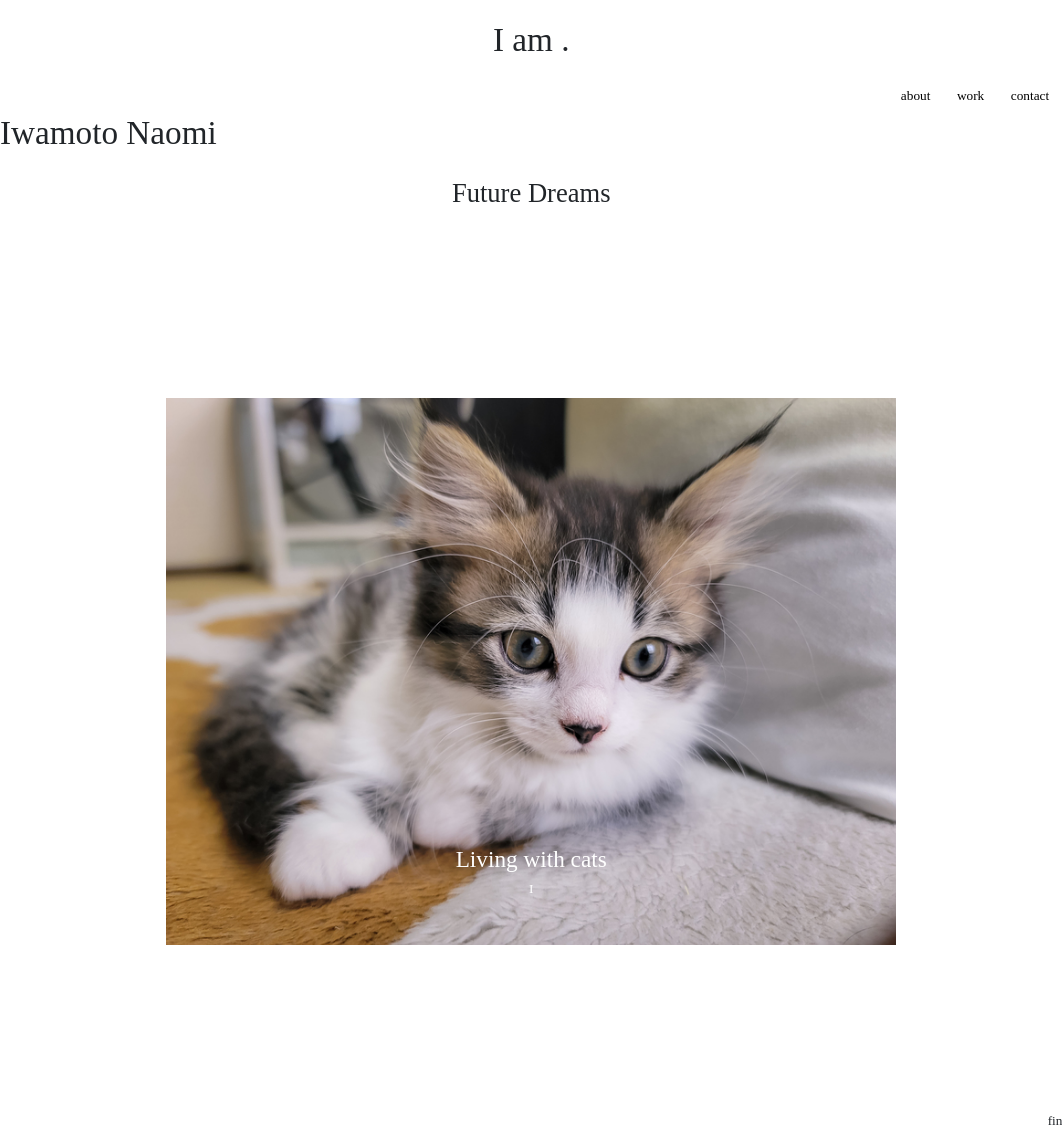
Repository: 7oooomi/portfolio-vercel-
Page: / (app in sample-app/)
These files come from the project's save history. The page is drawn as it stood at one moment and after the next save; the edit follows.
The browser window is 1280 px wide. The pictures show the whole page, at 83% of full size.
The project was rebuilt for these pictures with package versions that can differ from the ones it lists, and the page was loaded fresh each time. The framework's server and built-in components were replaced by stand-ins that run in the browser. Also part of the build but not shown: sample-app/next.config.js.

Above is the page before, as saved 2022-08-07 21:28:34.

After the next save:
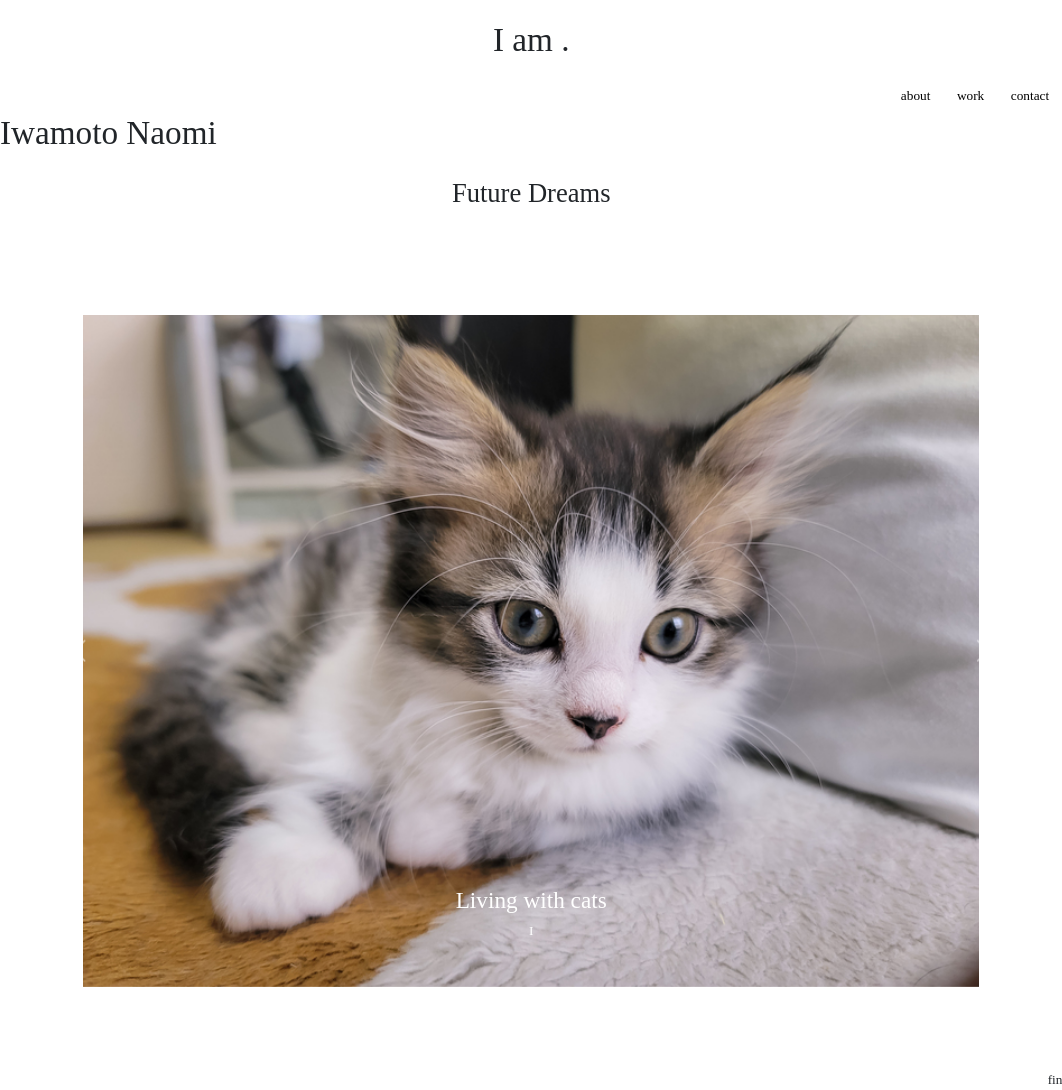
Saved 28 s later.
--- a/sample-app/styles/Home.module.css
+++ b/sample-app/styles/Home.module.css
@@ -30,7 +30,7 @@
 .foot {
   display: flex;
   justify-content: center;
-  padding: 200px;
+  padding: 100px;
 }
 
 .title  {
